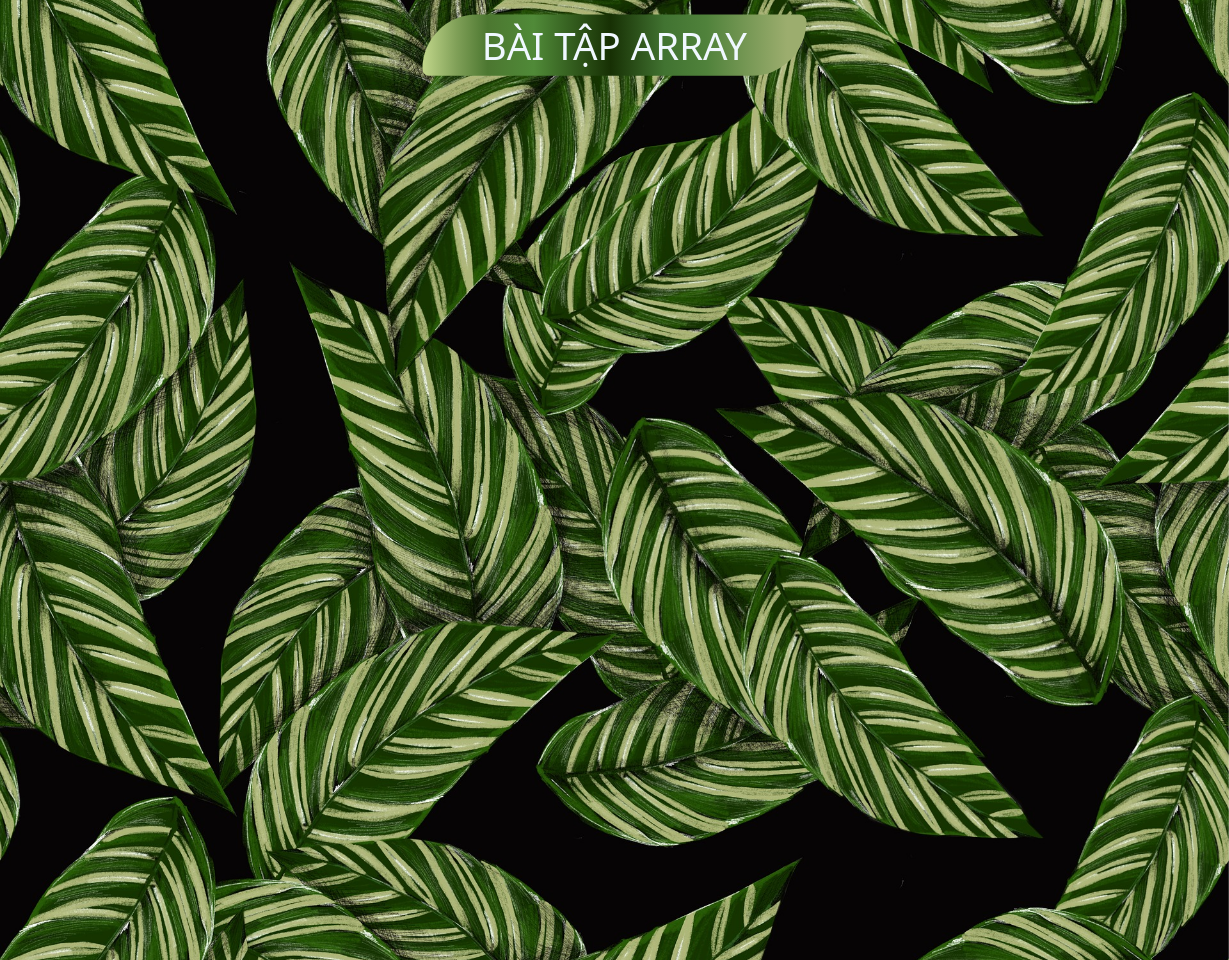
Repository: hcozyph/TranHuuPhuoc_BC43_BT_JS_Buoi7_8_ARRAY
Page: index.html
An editor plug-in stored every save of this project. The page is shown before and after the next save, followed by the edit.
The browser window is 1280 px wide. The pictures show the whole page, at 96% of full size.

Above is the page before, as saved 2023-02-20 21:37:30.

### index.html
<!DOCTYPE html>
<html lang="en">
    <head>
        <title>BT Array</title>
        <!-- Required meta tags -->
        <meta charset="utf-8" />
        <meta
            name="viewport"
            content="width=device-width, initial-scale=1, shrink-to-fit=no"
        />

        <!-- Bootstrap CSS v5.2.1 -->
        <link
            href="https://cdn.jsdelivr.net/npm/bootstrap@5.2.1/dist/css/bootstrap.min.css"
            rel="stylesheet"
            integrity="sha384-iYQeCzEYFbKjA/T2uDLTpkwGzCiq6soy8tYaI1GyVh/UjpbCx/TYkiZhlZB6+fzT"
            crossorigin="anonymous"
        />

        <!-- index.css -->
        <link rel="stylesheet" href="./css/index.css" />
    </head>

    <body>
        <div class="container">
            <div class="bt-array-title">
                <h1 class="text-center py-2">BÀI TẬP ARRAY</h1>
            </div>

            <div class="bt-array-content">
                <div class="bt1"></div>
            </div>
        </div>

        <!-- Bootstrap JavaScript Libraries -->
        <script
            src="https://cdn.jsdelivr.net/npm/@popperjs/core@2.11.6/dist/umd/popper.min.js"
            integrity="sha384-oBqDVmMz9ATKxIep9tiCxS/Z9fNfEXiDAYTujMAeBAsjFuCZSmKbSSUnQlmh/jp3"
            crossorigin="anonymous"
        ></script>

        <script
            src="https://cdn.jsdelivr.net/npm/bootstrap@5.2.1/dist/js/bootstrap.min.js"
            integrity="sha384-7VPbUDkoPSGFnVtYi0QogXtr74QeVeeIs99Qfg5YCF+TidwNdjvaKZX19NZ/e6oz"
            crossorigin="anonymous"
        ></script>

        <!-- method.js -->
        <link rel="stylesheet" href="./js/method.js" />

        <!-- index.js -->
        <script src="./js/index.js"></script>
    </body>
</html>

### css/index.css
* {
    margin: 0;
    padding: 0;
    box-sizing: border-box;
}

.container {
    margin: 0 auto;
    max-width: 1440px;

    background-image: url(../img/2.jpg);
    background-size: cover;
    background-position: center;
    background-repeat: no-repeat;

    height: 1000px;
    padding-top: 15px;
}

.bt-array-title {
    display: block;
    margin: 0 auto;
    width: 400px;
    border-radius: 80px 10px 80px 10px;

    font-size: 40px;
    font-weight: 500;
    /* background-color: red; */
    color: aliceblue;
    background: rgb(194, 215, 140);
    background: linear-gradient(
        90deg,
        rgba(194, 215, 140, 1) 0%,
        rgba(194, 215, 139, 1) 0%,
        rgba(127, 159, 87, 1) 9%,
        rgba(76, 119, 48, 1) 17%,
        rgba(80, 138, 56, 1) 29%,
        rgba(23, 48, 4, 1) 49%,
        rgba(65, 115, 49, 1) 63%,
        rgba(80, 130, 59, 1) 74%,
        rgba(156, 173, 110, 1) 95%
    );
}

/* .bt-array-content {
} */

Loaded but not shown: js/index.js (no copy from this time; the picture is the same without it); js/method.js (no stored copy; drawn as an empty file)

After the next save:
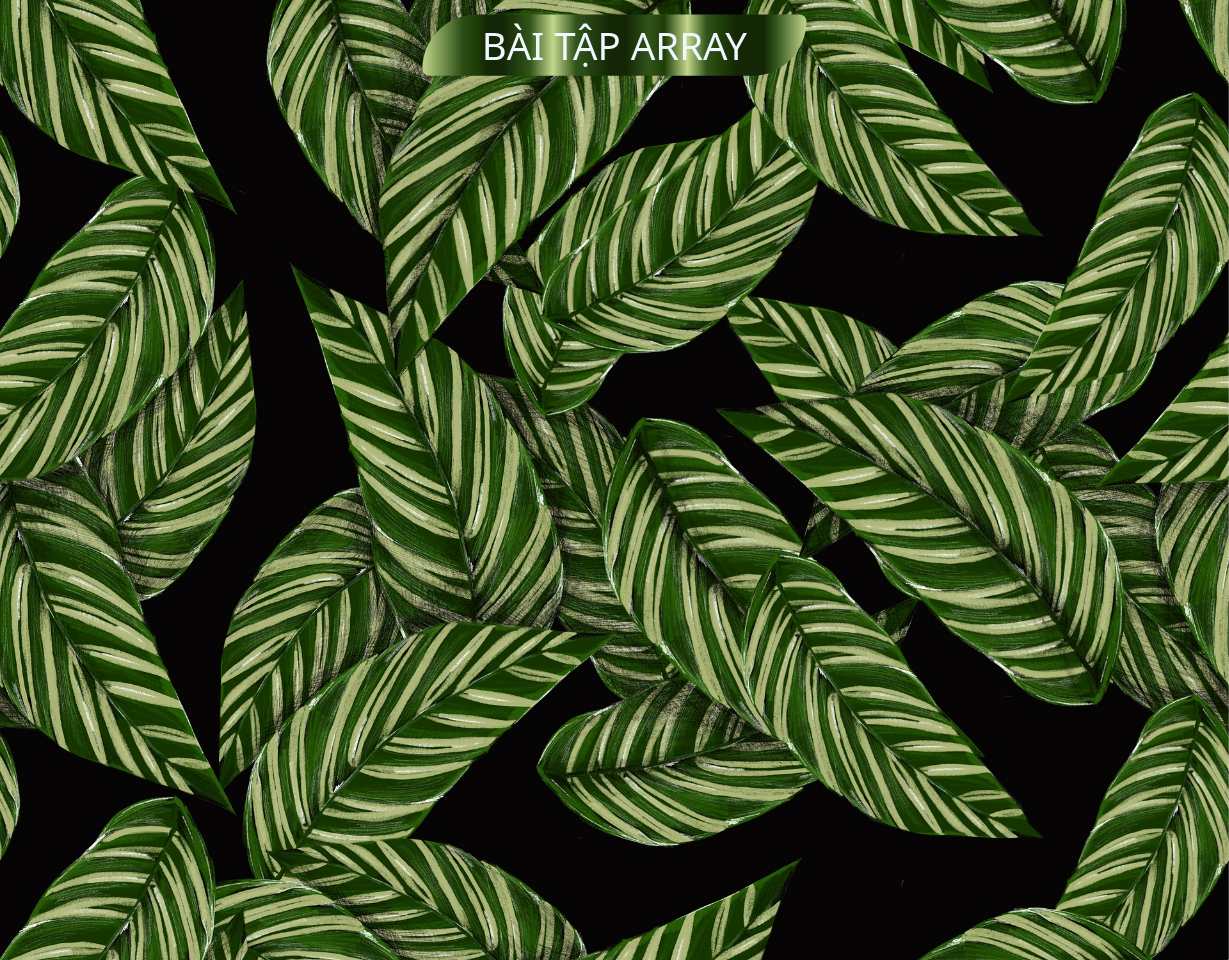
Saved 15 min 5 s later.
--- a/css/index.css
+++ b/css/index.css
@@ -31,14 +31,26 @@
     background: linear-gradient(
         90deg,
         rgba(194, 215, 140, 1) 0%,
-        rgba(194, 215, 139, 1) 0%,
-        rgba(127, 159, 87, 1) 9%,
-        rgba(76, 119, 48, 1) 17%,
-        rgba(80, 138, 56, 1) 29%,
-        rgba(23, 48, 4, 1) 49%,
-        rgba(65, 115, 49, 1) 63%,
-        rgba(80, 130, 59, 1) 74%,
-        rgba(156, 173, 110, 1) 95%
+        rgba(49, 84, 26, 1) 10%,
+        rgba(41, 75, 18, 1) 11%,
+        rgba(30, 61, 7, 1) 14%,
+        rgba(19, 38, 5, 1) 17%,
+        rgba(19, 38, 5, 1) 21%,
+        rgba(49, 84, 26, 1) 28%,
+        rgba(194, 215, 140, 1) 34%,
+        rgba(49, 84, 26, 1) 40%,
+        rgba(19, 38, 5, 1) 49%,
+        rgba(19, 38, 5, 1) 53%,
+        rgba(49, 84, 26, 1) 59%,
+        rgba(30, 61, 7, 1) 63%,
+        rgba(194, 215, 140, 1) 69%,
+        rgba(49, 84, 26, 1) 74%,
+        rgba(30, 61, 7, 1) 78%,
+        rgba(19, 38, 5, 1) 82%,
+        rgba(19, 38, 5, 1) 89%,
+        rgba(49, 84, 26, 1) 92%,
+        rgba(194, 215, 140, 1) 100%,
+        rgba(194, 215, 140, 1) 100%
     );
 }
 
